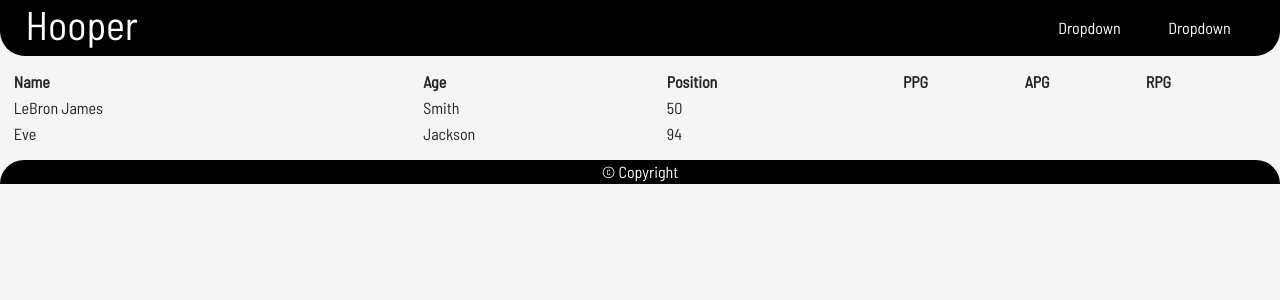
Repository: vlasarte/Hooper
Page: index.html
These files come from the project's save history. The page is drawn as it stood at one moment and after the next save; the edit follows.
The browser window is 1280 px wide. The pictures show the whole page.

Above is the page before, as saved 2020-02-18 22:44:29.

### index.html
<!DOCTYPE html>
<!--[if lt IE 7]>      <html class="no-js lt-ie9 lt-ie8 lt-ie7"> <![endif]-->
<!--[if IE 7]>         <html class="no-js lt-ie9 lt-ie8"> <![endif]-->
<!--[if IE 8]>         <html class="no-js lt-ie9"> <![endif]-->
<!--[if gt IE 8]><!--> <html class="no-js"> <!--<![endif]-->
    <head>
        <meta charset="utf-8">
        <meta http-equiv="X-UA-Compatible" content="IE=edge">
        <title>Hooper</title>
        <meta name="description" content="">
        <meta name="viewport" content="width=device-width, initial-scale=1">
        <link href="https://fonts.googleapis.com/css?family=Barlow+Semi+Condensed&display=swap" rel="stylesheet">
        <link rel="stylesheet" href="https://stackpath.bootstrapcdn.com/bootstrap/4.3.1/css/bootstrap.min.css" integrity="sha384-ggOyR0iXCbMQv3Xipma34MD+dH/1fQ784/j6cY/iJTQUOhcWr7x9JvoRxT2MZw1T" crossorigin="anonymous">
        <link rel="stylesheet" href="assets/css/style.css">
    </head>
    <body>

        <header>
            <h1>Hooper</h1>
            <div class="dropdown">
                <button class="dropbtn">Dropdown</button>
                <div class="dropdown-content">
                    <a href="#">Link 1</a>
                    <a href="#">Link 2</a>
                    <a class="dropdown-content-last" href="#">Link 3</a>
                </div>
            </div>
            <div class="dropdown">
                <button class="dropbtn">Dropdown</button>
                <div class="dropdown-content">
                    <a href="#">Link 1</a>
                    <a href="#">Link 2</a>
                    <a class="dropdown-content-last" href="#">Link 3</a>
                </div>
            </div>
        </header>

        <div class="body-container">

            <table style="width:100%">
                <tr>
                    <th>Name</th>
                    <th>Age</th>
                    <th>Position</th>
                    <th>PPG</th>
                    <th>APG</th>
                    <th>RPG</th>
                </tr>
                <tr>
                    <td>LeBron James</td>
                    <td>Smith</td>
                    <td>50</td>
                </tr>
                <tr>
                    <td>Eve</td>
                    <td>Jackson</td>
                    <td>94</td>
                </tr>
            </table>

        </div>


        <footer>
            &copy Copyright
        </footer>

        <script src="assets/js/javascript.js" async defer></script>
    </body>
</html>

### assets/css/style.css
/* default settings */

body {
    font-family: 'Barlow Semi Condensed', sans-serif;
    background: whitesmoke;
}


/* header section */

header {
    font-family: 'Barlow Semi Condensed', sans-serif;
    width: 100%;
    height: 56px;
    background: black;
    color: white;
    padding: 0% 2%;
    border-radius: 0px 0px 25px 25px;
    position: sticky;
    top: 0;
    z-index: 1;
}

header h1 {
    float: left;
    height: 56px;
    margin: 0px;
}


/* hover dropdowns */

.dropbtn {
    height: 56px;
    font-family: 'Barlow Semi Condensed', sans-serif;
    min-width: 100px;
    background-color: black;
    color: white;
    padding: 16px;
    font-size: 16px;
    border: none;
    border-radius: 25px 25px 0px 0px;
}

.dropdown {
    margin: 0px 5px;
    float: right;
    position: relative;
    display: inline-block;
}

.dropdown-content {
    text-align: center;
    display: none;
    position: absolute;
    background-color: #f1f1f1;
    width: 100px;
    box-shadow: 0px 8px 16px 0px rgba(0, 0, 0, 0.2);
    z-index: 1;
    border-radius: 0px 0px 25px 25px;
}

.dropdown-content a {
    color: black;
    padding: 12px 16px;
    text-decoration: none;
    display: block;
}

.dropdown-content a:hover {
    background-color: #ddd;
}

.dropdown:hover .dropdown-content {
    display: block;
}

.dropdown:hover .dropbtn {
    background-color: #ddd;
    color: black;
}

.dropdown-content-last {
    border-radius: 0px 0px 25px 25px;
}

/* body container */

.body-container {
    padding: 1%;
}


/* footer section */

footer {
    width: 100%;
    text-align: center;
    background: black;
    color: white;
    border-radius: 25px 25px 0px 0px;
}

### assets/js/javascript.js
var player = {
    name: "LeBron James",
    team: "LAL",
    position: "SF",
    PPG: 25.0,
    APG: 10.8,
    RPG: 7.8
}

var playerName = [
    "LeBron James",
    "Anthony Davis",
    "James Harden",
    "Kawhi Leonard",
    "Luka Doncic",
    ""]

After the next save:
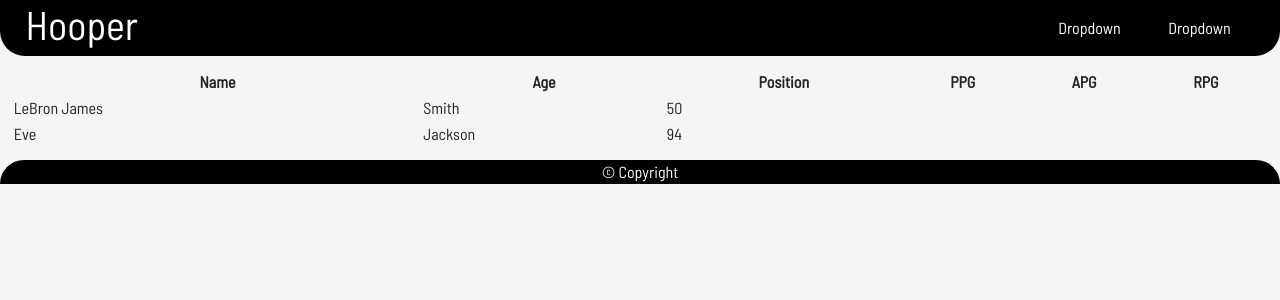
Saved 25 min 9 s later.
--- a/assets/css/style.css
+++ b/assets/css/style.css
@@ -90,6 +90,10 @@ header h1 {
     padding: 1%;
 }
 
+th {
+    text-align: center;
+}
+
 
 /* footer section */
 
